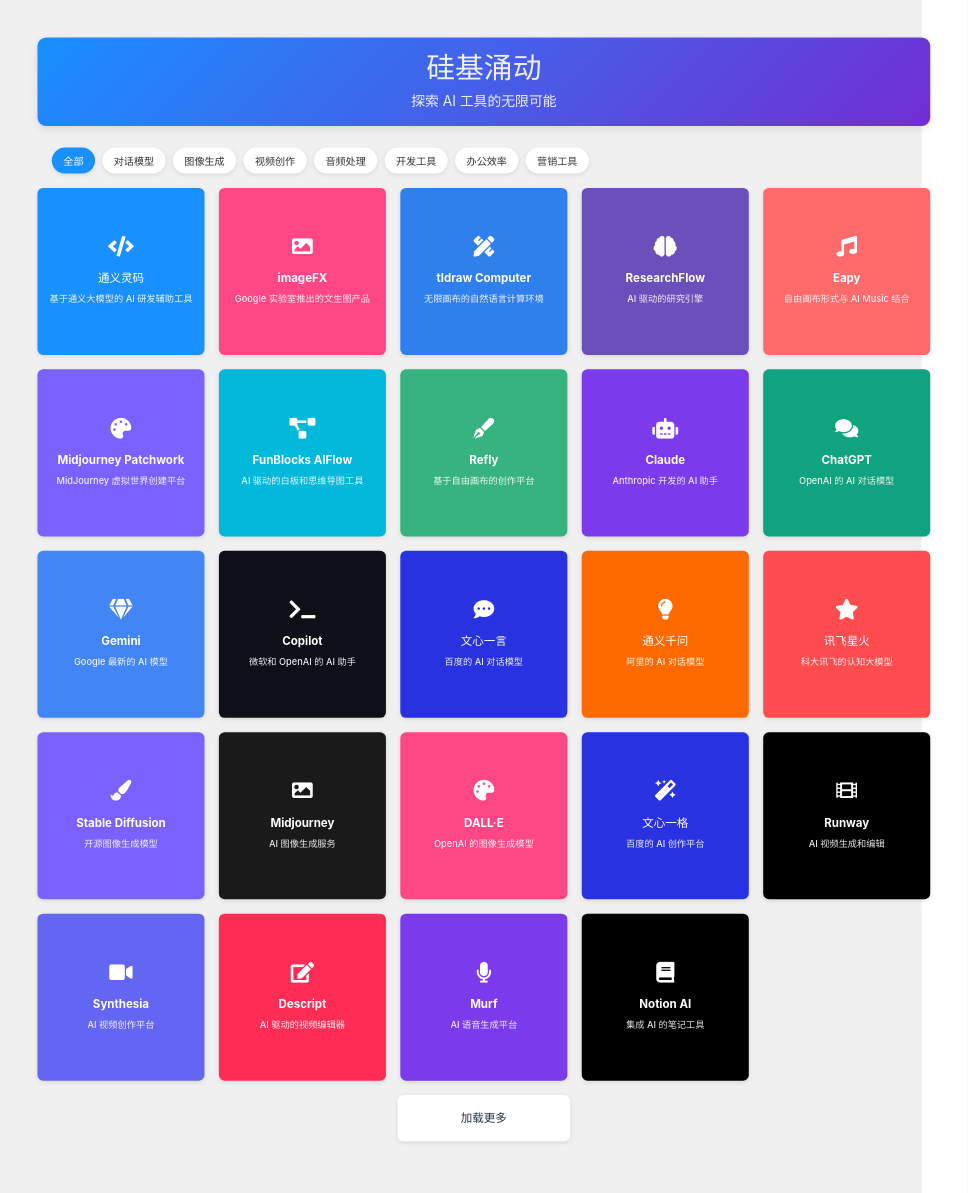
Repository: muyehub/ai-nav
Page: /
The author's editor kept a copy of each file at every save. The page is drawn from the files as they stood at one save, then again after the next save.
The browser window is 1280 px wide. The page is 1344 px wide, so the pictures cover 1344 px, including what lies to the right of the window. The pictures show the whole page, at 72% of full size.
The project was rebuilt for these pictures with package versions that can differ from the ones it lists, and the page was loaded fresh each time. Also part of the build but not shown: vite.config.ts.

Above is the page before, as saved 2025-02-25 15:04:10.

### index.html
<!DOCTYPE html>
<html lang="en">
  <head>
    <meta charset="UTF-8" />
    <link rel="icon" type="image/svg+xml" href="/vite.svg" />
    <meta name="viewport" content="width=device-width, initial-scale=1.0" />
    <title>Metro 导航</title>
    <link rel="stylesheet" href="https://cdnjs.cloudflare.com/ajax/libs/font-awesome/5.15.4/css/all.min.css">
  </head>
  <body>
    <div id="app"></div>
    <script type="module" src="/src/main.ts"></script>
  </body>
</html>

### src/App.vue
<template>
  <div class="container">
    <div class="header">
      <h1>硅基涌动</h1>
      <p>探索 AI 工具的无限可能</p>
    </div>
    <div class="category-filter">
      <button
        v-for="category in categories"
        :key="category.value"
        :class="['category-btn', { active: currentCategory === category.value }]"
        @click="setCategory(category.value)"
      >
        {{ category.label }}
      </button>
    </div>
    <div class="grid">
      <NavCard
        v-for="item in filteredItems"
        :key="item.id"
        v-bind="item"
      />
    </div>
    <div class="load-more" v-if="hasMoreItems" @click="loadMore" ref="loadMoreRef">
      <template v-if="!loading">加载更多</template>
      <div v-else class="loading-spinner"></div>
    </div>
  </div>
</template>

<script setup lang="ts">
import { ref, computed, onMounted, onUnmounted } from 'vue'
import NavCard from './components/NavCard.vue'

const pageSize = 12
const currentPage = ref(1)
const loading = ref(false)
const loadMoreRef = ref<HTMLElement | null>(null)

// 定义分类
const categories = [
  { label: '全部', value: 'all' },
  { label: '对话模型', value: 'chat' },
  { label: '图像生成', value: 'image' },
  { label: '视频创作', value: 'video' },
  { label: '音频处理', value: 'audio' },
  { label: '开发工具', value: 'dev' },
  { label: '办公效率', value: 'office' },
  { label: '营销工具', value: 'marketing' },
]

const currentCategory = ref('all')

const navItems = ref([
  {
    id: 1,
    title: "通义灵码",
    description: "基于通义大模型的 AI 研发辅助工具",
    icon: "fas fa-code",
    bgColor: "#1890ff",
    link: "https://tongyi.aliyun.com/lingma",
    category: "dev"
  },
  {
    id: 2,
    title: "imageFX",
    description: "Google 实验室推出的文生图产品",
    icon: "fas fa-image",
    bgColor: "#FF4785",
    link: "https://imagefx.google",
    category: "image"
  },
  {
    id: 3,
    title: "tldraw Computer",
    description: "无限画布的自然语言计算环境",
    icon: "fas fa-pencil-ruler",
    bgColor: "#2F80ED",
    link: "https://tldraw.com",
    category: "dev"
  },
  {
    id: 4,
    title: "ResearchFlow",
    description: "AI 驱动的研究引擎",
    icon: "fas fa-brain",
    bgColor: "#6B4FBB",
    link: "https://researchflow.ai",
    category: "dev"
  },
  {
    id: 5,
    title: "Eapy",
    description: "自由画布形式与 AI Music 结合",
    icon: "fas fa-music",
    bgColor: "#FF6B6B",
    link: "https://eapy.com",
    category: "audio"
  },
  {
    id: 6,
    title: "Midjourney Patchwork",
    description: "MidJourney 虚拟世界创建平台",
    icon: "fas fa-palette",
    bgColor: "#7B61FF",
    link: "https://www.midjourney.com",
    category: "image"
  },
  {
    id: 7,
    title: "FunBlocks AIFlow",
    description: "AI 驱动的白板和思维导图工具",
    icon: "fas fa-project-diagram",
    bgColor: "#00B8D9",
    link: "https://funblocks.ai",
    category: "dev"
  },
  {
    id: 8,
    title: "Refly",
    description: "基于自由画布的创作平台",
    icon: "fas fa-pen-fancy",
    bgColor: "#36B37E",
    link: "https://refly.com",
    category: "dev"
  },
  {
    id: 9,
    title: "Claude",
    description: "Anthropic 开发的 AI 助手",
    icon: "fas fa-robot",
    bgColor: "#7C3AED",
    link: "https://claude.ai",
    category: "chat"
  },
  {
    id: 10,
    title: "ChatGPT",
    description: "OpenAI 的 AI 对话模型",
    icon: "fas fa-comments",
    bgColor: "#10A37F",
    link: "https://chat.openai.com",
    category: "chat"
  },
  {
    id: 11,
    title: "Gemini",
    description: "Google 最新的 AI 模型",
    icon: "fas fa-gem",
    bgColor: "#4285F4",
    link: "https://gemini.google.com",
    category: "dev"
  },
  {
    id: 12,
    title: "Copilot",
    description: "微软和 OpenAI 的 AI 助手",
    icon: "fas fa-terminal",
    bgColor: "#0D1117",
    link: "https://copilot.microsoft.com",
    category: "dev"
  },
  {
    id: 13,
    title: "文心一言",
    description: "百度的 AI 对话模型",
    icon: "fas fa-comment-dots",
    bgColor: "#2932E1",
    link: "https://yiyan.baidu.com",
    category: "chat"
  },
  {
    id: 14,
    title: "通义千问",
    description: "阿里的 AI 对话模型",
    icon: "fas fa-lightbulb",
    bgColor: "#FF6A00",
    link: "https://qianwen.aliyun.com",
    category: "chat"
  },
  {
    id: 15,
    title: "讯飞星火",
    description: "科大讯飞的认知大模型",
    icon: "fas fa-star",
    bgColor: "#FF4D4F",
    link: "https://xinghuo.xfyun.cn",
    category: "dev"
  },
  {
    id: 16,
    title: "Stable Diffusion",
    description: "开源图像生成模型",
    icon: "fas fa-paint-brush",
    bgColor: "#7B61FF",
    link: "https://stability.ai",
    category: "image"
  },
  {
    id: 17,
    title: "Midjourney",
    description: "AI 图像生成服务",
    icon: "fas fa-image",
    bgColor: "#1A1A1A",
    link: "https://www.midjourney.com",
    category: "image"
  },
  {
    id: 18,
    title: "DALL·E",
    description: "OpenAI 的图像生成模型",
    icon: "fas fa-palette",
    bgColor: "#FF4785",
    link: "https://openai.com/dall-e-3",
    category: "image"
  },
  {
    id: 19,
    title: "文心一格",
    description: "百度的 AI 创作平台",
    icon: "fas fa-magic",
    bgColor: "#2932E1",
    link: "https://yige.baidu.com",
    category: "dev"
  },
  {
    id: 20,
    title: "Runway",
    description: "AI 视频生成和编辑",
    icon: "fas fa-film",
    bgColor: "#000000",
    link: "https://runway.ml",
    category: "video"
  },
  {
    id: 21,
    title: "Synthesia",
    description: "AI 视频创作平台",
    icon: "fas fa-video",
    bgColor: "#6366F1",
    link: "https://www.synthesia.io",
    category: "video"
  },
  {
    id: 22,
    title: "Descript",
    description: "AI 驱动的视频编辑器",
    icon: "fas fa-edit",
    bgColor: "#FF2D55",
    link: "https://www.descript.com",
    category: "video"
  },
  {
    id: 23,
    title: "Murf",
    description: "AI 语音生成平台",
    icon: "fas fa-microphone",
    bgColor: "#7C3AED",
    link: "https://murf.ai",
    category: "audio"
  },
  {
    id: 24,
    title: "Notion AI",
    description: "集成 AI 的笔记工具",
    icon: "fas fa-book",
    bgColor: "#000000",
    link: "https://notion.so",
    category: "office"
  },
  {
    id: 25,
    title: "Jasper",
    description: "AI 写作助手",
    icon: "fas fa-pen",
    bgColor: "#FF7A00",
    link: "https://www.jasper.ai",
    category: "office"
  },
  {
    id: 26,
    title: "Copy.ai",
    description: "AI 文案生成工具",
    icon: "fas fa-copy",
    bgColor: "#2563EB",
    link: "https://www.copy.ai",
    category: "office"
  },
  {
    id: 27,
    title: "Character.ai",
    description: "AI 角色对话平台",
    icon: "fas fa-user-circle",
    bgColor: "#FF6B6B",
    link: "https://character.ai",
    category: "chat"
  },
  {
    id: 28,
    title: "腾讯混元 3D",
    description: "腾讯推出的 3D 生成与处理 AI 工具平台",
    icon: "fas fa-cube",
    bgColor: "#2B5AED",
    link: "https://hunyuan.tencent.com/3d",
    category: "dev"
  },
  {
    id: 29,
    title: "百度自由画布",
    description: "百度文库和百度网盘联合推出的 AI 万能白板",
    icon: "fas fa-paint-brush",
    bgColor: "#3245E3",
    link: "https://ai.baidu.com/creation",
    category: "dev"
  },
  {
    id: 30,
    title: "Trae",
    description: "字节旗下的AI 编程 IDE",
    icon: "fas fa-laptop-code",
    bgColor: "#FF4D4F",
    link: "https://trae.ai",
    category: "dev"
  },
  {
    id: 31,
    title: "Day AI",
    description: "简化客户管理流程的 AI 工具",
    icon: "fas fa-calendar",
    bgColor: "#722ED1",
    link: "https://www.dayai.com",
    category: "office"
  },
  {
    id: 32,
    title: "TOFU",
    description: "智能营销工具平台",
    icon: "fas fa-bullhorn",
    bgColor: "#FF6B6B",
    link: "https://tofu.ai",
    category: "marketing"
  },
  {
    id: 33,
    title: "Nooks",
    description: "AI 智能销售助理",
    icon: "fas fa-handshake",
    bgColor: "#4CAF50",
    link: "https://nooks.ai",
    category: "office"
  },
  {
    id: 34,
    title: "Quilt",
    description: "技术销售智能工具",
    icon: "fas fa-chart-line",
    bgColor: "#2196F3",
    link: "https://quilt.ai",
    category: "marketing"
  },
  {
    id: 35,
    title: "Common Room",
    description: "智能市场推广平台",
    icon: "fas fa-users",
    bgColor: "#9C27B0",
    link: "https://commonroom.io",
    category: "marketing"
  },
  {
    id: 36,
    title: "Unify",
    description: "AI 驱动的销售工具",
    icon: "fas fa-link",
    bgColor: "#3F51B5",
    link: "https://unify.ai",
    category: "marketing"
  },
  {
    id: 37,
    title: "Genspark",
    description: "智能搜索引擎",
    icon: "fas fa-search",
    bgColor: "#FF9800",
    link: "https://genspark.ai",
    category: "dev"
  },
  {
    id: 38,
    title: "PictureThis",
    description: "AI 植物识别工具",
    icon: "fas fa-leaf",
    bgColor: "#4CAF50",
    link: "https://picturethisai.com",
    category: "image"
  },
  {
    id: 39,
    title: "Zeemo",
    description: "AI 字幕生成工具",
    icon: "fas fa-closed-captioning",
    bgColor: "#607D8B",
    link: "https://zeemo.ai",
    category: "office"
  },
  {
    id: 40,
    title: "Joyland",
    description: "AI 动漫角色互动平台",
    icon: "fas fa-smile-beam",
    bgColor: "#E91E63",
    link: "https://joyland.ai",
    category: "chat"
  },
  {
    id: 41,
    title: "YouCam",
    description: "AI 图像处理工具",
    icon: "fas fa-camera",
    bgColor: "#FF4081",
    link: "https://perfect-corp.com",
    category: "image"
  },
  {
    id: 42,
    title: "Talkie",
    description: "AI 对话助手",
    icon: "fas fa-comments",
    bgColor: "#00BCD4",
    link: "https://talkie.ai",
    category: "chat"
  },
  {
    id: 43,
    title: "新华妙笔",
    description: "智能公文写作助手",
    icon: "fas fa-pen-fancy",
    bgColor: "#C62828",
    link: "https://xiaoice.com/miaobiapp",
    category: "office"
  },
  {
    id: 44,
    title: "Alpha派",
    description: "AI 投研工具",
    icon: "fas fa-chart-bar",
    bgColor: "#1976D2",
    link: "https://alpha-pai.com",
    category: "dev"
  },
  {
    id: 45,
    title: "Reecho睿声",
    description: "AI 音效生成平台",
    icon: "fas fa-music",
    bgColor: "#673AB7",
    link: "https://reecho.ai",
    category: "audio"
  },
  {
    id: 46,
    title: "百度 AI 探索版",
    description: "百度 AI 实验室",
    icon: "fas fa-flask",
    bgColor: "#2932E1",
    link: "https://ai.baidu.com/explorer",
    category: "dev"
  },
  {
    id: 47,
    title: "PTE猩际",
    description: "AI 驱动的考试平台",
    icon: "fas fa-graduation-cap",
    bgColor: "#F44336",
    link: "https://pteplus.com.au",
    category: "office"
  },
  {
    id: 48,
    title: "纳米 AI 搜索",
    description: "智能搜索引擎",
    icon: "fas fa-search-plus",
    bgColor: "#009688",
    link: "https://nami.ai",
    category: "dev"
  },
  {
    id: 49,
    title: "钉钉宜搭",
    description: "阿里低代码平台",
    icon: "fas fa-tools",
    bgColor: "#1890FF",
    link: "https://yida.alibaba-inc.com",
    category: "dev"
  },
  {
    id: 50,
    title: "知乎直答",
    description: "AI 问答助手",
    icon: "fas fa-question-circle",
    bgColor: "#0084FF",
    link: "https://zhihu.com/ai",
    category: "chat"
  },
  {
    id: 51,
    title: "C知道",
    description: "CSDN AI 助手",
    icon: "fas fa-code",
    bgColor: "#FC5531",
    link: "https://csdn.net/ai",
    category: "dev"
  },
  {
    id: 52,
    title: "Pollo.ai",
    description: "基于 AI 技术的视频生成工具",
    icon: "fas fa-video",
    bgColor: "#FF6B6B",
    link: "https://pollo.ai",
    category: "video"
  },
  {
    id: 53,
    title: "Supabase AI Assistant",
    description: "由 Supabase 开发的 AI 驱动工具",
    icon: "fas fa-database",
    bgColor: "#3ECF8E",
    link: "https://supabase.com/ai",
    category: "dev"
  },
  {
    id: 54,
    title: "Vela OS",
    description: "面向风险投资领域的 AI 原生操作系统",
    icon: "fas fa-rocket",
    bgColor: "#6366F1",
    link: "https://vela.com",
    category: "office"
  },
  {
    id: 55,
    title: "Oopsie",
    description: "为移动应用开发者提供的 AI 驱动调试工具",
    icon: "fas fa-bug",
    bgColor: "#F43F5E",
    link: "https://oopsie.ai",
    category: "dev"
  },
  {
    id: 56,
    title: "ACE Studio",
    description: "为专业人士提供的 AI 声乐合成工作站",
    icon: "fas fa-music",
    bgColor: "#8B5CF6",
    link: "https://ace-studio.ai",
    category: "audio"
  },
  {
    id: 57,
    title: "Coval Dev",
    description: "通过自动化模拟和评估，帮助开发者快速构建可靠语音和聊天 AI 代理的平台",
    icon: "fas fa-microchip",
    bgColor: "#2DD4BF",
    link: "https://coval.dev",
    category: "dev"
  },
  {
    id: 58,
    title: "Stackfix",
    description: "通过简单的比较工具帮助用户快速选择软件的智能平台",
    icon: "fas fa-layer-group",
    bgColor: "#0EA5E9",
    link: "https://stackfix.com",
    category: "dev"
  },
  {
    id: 59,
    title: "Magic Dev",
    description: "通过自动化人工智能研究和代码生成",
    icon: "fas fa-wand-magic-sparkles",
    bgColor: "#A855F7",
    link: "https://magic.dev",
    category: "dev"
  },
  {
    id: 60,
    title: "Poolside AI",
    description: "专注于现代软件工程挑战的 AI 基础模型平台",
    icon: "fas fa-laptop-code",
    bgColor: "#EC4899",
    link: "https://poolside.ai",
    category: "dev"
  },
  {
    id: 61,
    title: "Factory",
    description: "代码智能体 Coding agent 产品",
    icon: "fas fa-industry",
    bgColor: "#F97316",
    link: "https://factory.ai",
    category: "dev"
  },
  {
    id: 62,
    title: "Hebbia",
    description: "专注于为知识工作提供解决方案的人工智能平台",
    icon: "fas fa-brain",
    bgColor: "#4A5568",
    link: "https://hebbia.ai",
    category: "office"
  },
  {
    id: 63,
    title: "Websim",
    description: "让你把原型做得非常有趣，甚至是疯狂创意",
    icon: "fas fa-window-maximize",
    bgColor: "#38B2AC",
    link: "https://websim.ai",
    category: "dev"
  },
  {
    id: 64,
    title: "Momentic",
    description: "先进的人工智能测试工具，为软件测试过程提供自动化解决方案",
    icon: "fas fa-vial",
    bgColor: "#805AD5",
    link: "https://momentic.ai",
    category: "dev"
  },
  {
    id: 65,
    title: "Ello",
    description: "面向儿童的阅读伴侣应用程序",
    icon: "fas fa-book-reader",
    bgColor: "#F6AD55",
    link: "https://ello.ai",
    category: "office"
  },
  {
    id: 66,
    title: "Praktika",
    description: "模拟真实对话，帮助用户克服语言障碍",
    icon: "fas fa-comments",
    bgColor: "#4299E1",
    link: "https://praktika.ai",
    category: "chat"
  },
  {
    id: 67,
    title: "Enfabrica",
    description: "用于人工智能数据中心的芯片开发商",
    icon: "fas fa-microchip",
    bgColor: "#667EEA",
    link: "https://enfabrica.ai",
    category: "dev"
  },
  {
    id: 68,
    title: "Tezza",
    description: "面向创作者和社交媒体用户的照片和视频编辑应用程序",
    icon: "fas fa-camera",
    bgColor: "#F56565",
    link: "https://tezza.ai",
    category: "image"
  },
  {
    id: 69,
    title: "Tennr",
    description: "帮助医疗机构自动化文书工作的软件",
    icon: "fas fa-hospital",
    bgColor: "#48BB78",
    link: "https://tennr.ai",
    category: "office"
  },
  {
    id: 70,
    title: "BforeAI",
    description: "通过预测技术来主动识别和阻止网络攻击",
    icon: "fas fa-shield-alt",
    bgColor: "#2D3748",
    link: "https://bfore.ai",
    category: "dev"
  },
  {
    id: 71,
    title: "心影随形",
    description: "AI游戏陪玩，AI虚拟陪玩助手",
    icon: "fas fa-gamepad",
    bgColor: "#ED64A6",
    link: "https://lynksoul.ai",
    category: "chat"
  },
  {
    id: 72,
    title: "反曲",
    description: "AI原生数据编排平台",
    icon: "fas fa-database",
    bgColor: "#4FD1C5",
    link: "https://recurve.ai",
    category: "dev"
  },
  {
    id: 73,
    title: "Galbot",
    description: "银河通用机器人，致力于通过仿真技术实现机器人的自主学习",
    icon: "fas fa-robot",
    bgColor: "#9F7AEA",
    link: "https://galbot.ai",
    category: "dev"
  }
])

const filteredItems = computed(() => {
  const items = currentCategory.value === 'all'
    ? navItems.value
    : navItems.value.filter(item => item.category === currentCategory.value)
  return items.slice(0, currentPage.value * pageSize)
})

const hasMoreItems = computed(() => {
  const totalItems = currentCategory.value === 'all'
    ? navItems.value.length
    : navItems.value.filter(item => item.category === currentCategory.value).length
  return filteredItems.value.length < totalItems
})

const loadMore = async () => {
  if (loading.value) return

  loading.value = true
  // 模拟加载延迟
  await new Promise(resolve => setTimeout(resolve, 500))
  currentPage.value++
  loading.value = false
}

// 实现滚动加载
const observer = ref<IntersectionObserver | null>(null)

onMounted(() => {
  observer.value = new IntersectionObserver(([entry]) => {
    if (entry.isIntersecting && hasMoreItems.value && !loading.value) {
      loadMore()
    }
  })

  if (loadMoreRef.value) {
    observer.value.observe(loadMoreRef.value)
  }
})

onUnmounted(() => {
  if (observer.value) {
    observer.value.disconnect()
  }
})

const setCategory = (category: string) => {
  currentCategory.value = category
  currentPage.value = 1 // 重置页码
}
</script>

<style>
body {
  margin: 0;
  padding: 0;
  background-color: #f0f0f0;
  min-height: 100vh;
  font-family: -apple-system, BlinkMacSystemFont, 'Segoe UI', Roboto, Oxygen, Ubuntu, Cantarell, 'Open Sans', 'Helvetica Neue', sans-serif;
}

.container {
  padding: 20px;
  box-sizing: border-box;
  min-height: 100vh;
  width: 100%;
}

.grid {
  display: grid;
  grid-template-columns: repeat(auto-fill, minmax(200px, 1fr));
  gap: 20px;
  width: 100%;
  max-width: 1800px;
  margin: 0 auto;
  animation: fadeIn 0.3s ease-in-out;
}

@keyframes fadeIn {
  from { opacity: 0; transform: translateY(20px); }
  to { opacity: 1; transform: translateY(0); }
}

/* 平板设备 */
@media (max-width: 1024px) {
  .grid {
    grid-template-columns: repeat(auto-fill, minmax(160px, 1fr));
    gap: 15px;
  }

  .container {
    padding: 15px;
  }
}

/* 手机设备 */
@media (max-width: 768px) {
  .grid {
    grid-template-columns: repeat(auto-fill, minmax(120px, 1fr));
    gap: 10px;
  }

  .container {
    padding: 10px;
  }
}

.load-more {
  text-align: center;
  padding: 20px;
  margin: 20px auto;
  background-color: #fff;
  border-radius: 8px;
  cursor: pointer;
  box-shadow: 0 2px 8px rgba(0, 0, 0, 0.1);
  transition: all 0.3s;
  max-width: 200px;
}

.load-more:hover {
  background-color: #f5f5f5;
  box-shadow: 0 4px 12px rgba(0, 0, 0, 0.15);
}

.loading-spinner {
  width: 30px;
  height: 30px;
  margin: 0 auto;
  border: 3px solid #f3f3f3;
  border-top: 3px solid #3498db;
  border-radius: 50%;
  animation: spin 1s linear infinite;
}

@keyframes spin {
  0% { transform: rotate(0deg); }
  100% { transform: rotate(360deg); }
}

.category-filter {
  display: flex;
  flex-wrap: wrap;
  gap: 10px;
  margin-bottom: 20px;
  padding: 0 20px;
  max-width: 1800px;
  margin: 0 auto 20px;
}

.category-btn {
  padding: 8px 16px;
  border: none;
  border-radius: 20px;
  background-color: #fff;
  color: #333;
  cursor: pointer;
  transition: all 0.3s;
  font-size: 14px;
  box-shadow: 0 2px 8px rgba(0, 0, 0, 0.1);
}

.category-btn:hover {
  background-color: #f5f5f5;
  transform: translateY(-2px);
}

.category-btn.active {
  background-color: #1890ff;
  color: white;
}

@media (max-width: 768px) {
  .category-filter {
    padding: 0 10px;
  }

  .category-btn {
    padding: 6px 12px;
    font-size: 12px;
  }
}

.header {
  text-align: center;
  margin-bottom: 30px;
  padding: 20px;
  background: linear-gradient(135deg, #1890ff 0%, #722ED1 100%);
  color: white;
  border-radius: 12px;
  max-width: 1800px;
  margin: 0 auto 30px;
  box-shadow: 0 4px 12px rgba(0, 0, 0, 0.1);
}

.header h1 {
  margin: 0;
  font-size: 2.5em;
  font-weight: bold;
  background: linear-gradient(to right, #fff, #e0e0e0);
  -webkit-background-clip: text;
  -webkit-text-fill-color: transparent;
}

.header p {
  margin: 10px 0 0;
  font-size: 1.2em;
  opacity: 0.9;
}

@media (max-width: 768px) {
  .header {
    padding: 15px;
    margin-bottom: 20px;
  }

  .header h1 {
    font-size: 2em;
  }

  .header p {
    font-size: 1em;
  }
}
</style>

    padding: 10px;

### src/components/NavCard.vue
<template>
  <a :href="link" class="nav-card" :class="size" :style="{ backgroundColor: bgColor }" target="_blank">
    <i :class="icon"></i>
    <h3>{{ title }}</h3>
    <p v-if="description">{{ description }}</p>
  </a>
</template>

<script setup lang="ts">
defineOptions({
  name: 'NavCard'
})

defineProps<{
  title: string
  description?: string
  icon: string
  bgColor: string
  link: string
  size?: 'small' | 'medium' | 'large'
}>()
</script>

<style scoped>
.nav-card {
  display: flex;
  flex-direction: column;
  align-items: center;
  justify-content: center;
  padding: 15px;
  color: white;
  text-decoration: none;
  border-radius: 8px;
  transition: transform 0.3s;
  aspect-ratio: 1;
  box-shadow: 0 2px 8px rgba(0, 0, 0, 0.1);
}

.nav-card:hover {
  transform: translateY(-5px);
  box-shadow: 0 5px 15px rgba(0, 0, 0, 0.2);
}

.large {
  grid-column: span 1;
  grid-row: span 1;
  font-size: 1.1em;
}

.medium {
  grid-column: span 1;
  font-size: 1em;
}

i { font-size: 1.8em; margin-bottom: 8px; }
h3 { margin: 8px 0; font-size: 1em; }
p {
  margin: 0;
  font-size: 0.8em;
  opacity: 0.9;
  text-align: center;
  display: -webkit-box;
  -webkit-line-clamp: 2;
  -webkit-box-orient: vertical;
  overflow: hidden;
}
</style>

Loaded but not shown: src/main.ts (common file); src/style.css (common file)

After the next save:
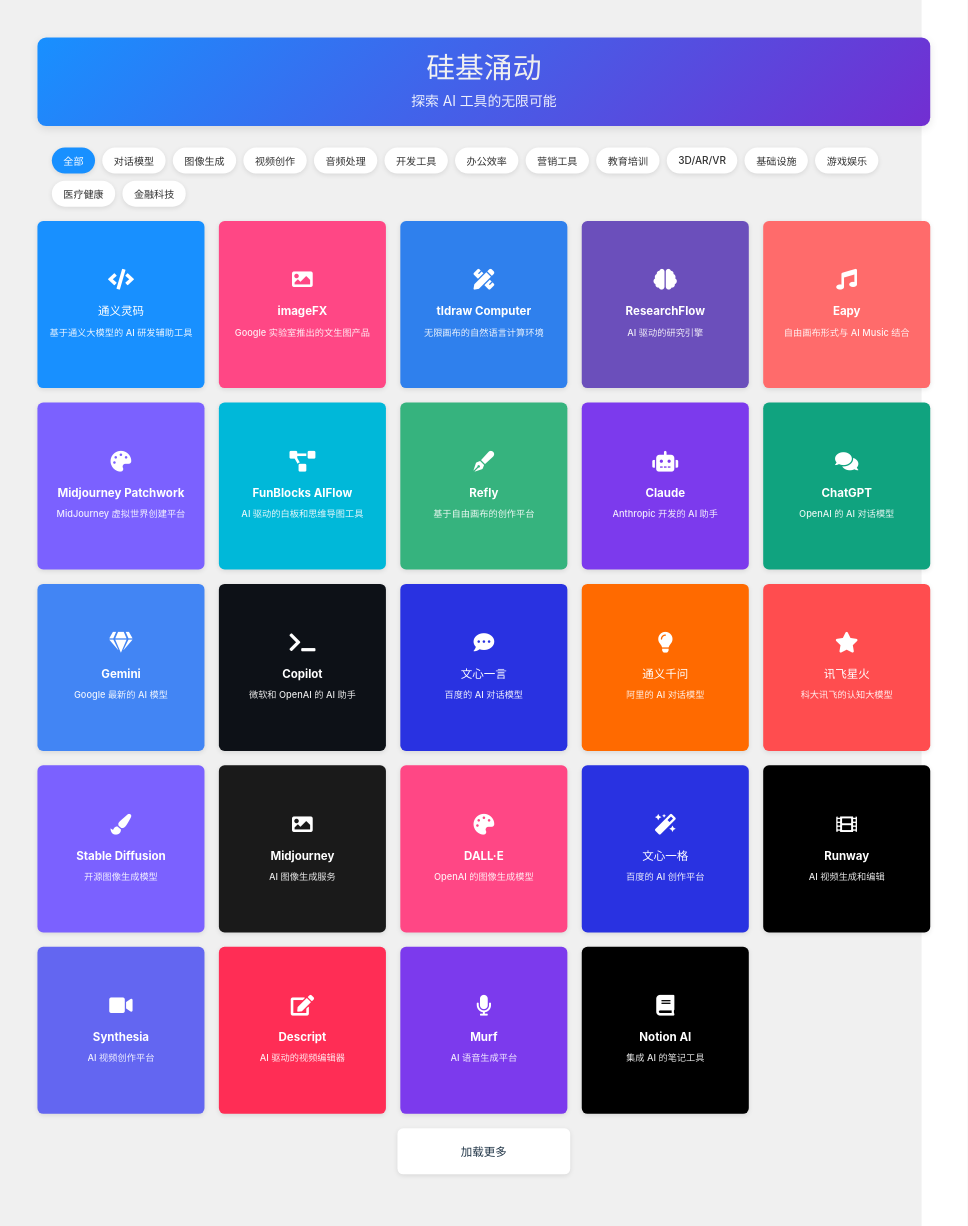
Saved 50 s later.
--- a/src/App.vue
+++ b/src/App.vue
@@ -47,6 +47,12 @@
   { label: '开发工具', value: 'dev' },
   { label: '办公效率', value: 'office' },
   { label: '营销工具', value: 'marketing' },
+  { label: '教育培训', value: 'education' },
+  { label: '3D/AR/VR', value: '3d' },
+  { label: '基础设施', value: 'infrastructure' },
+  { label: '游戏娱乐', value: 'game' },
+  { label: '医疗健康', value: 'health' },
+  { label: '金融科技', value: 'fintech' }
 ]
 
 const currentCategory = ref('all')
